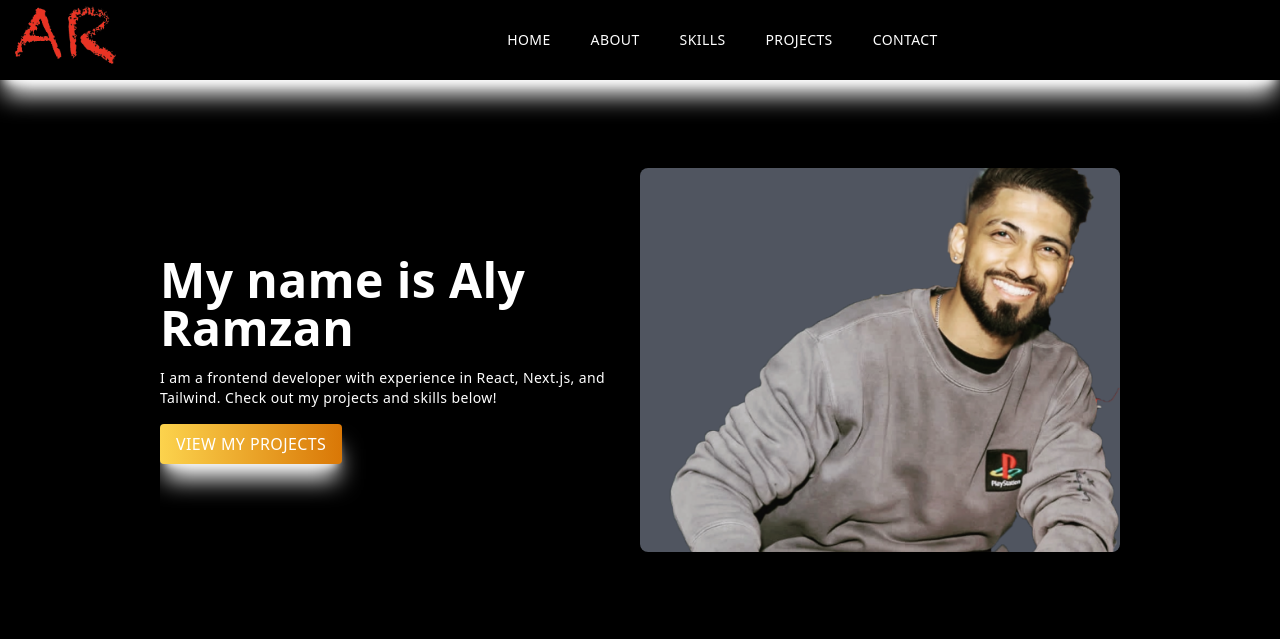
Repository: Sheraliramzan/alyportfolio
Page: /
The author's editor kept a copy of each file at every save. The page is drawn from the files as they stood at one save, then again after a run of saves.
The browser window is 1280 px wide. The pictures show the whole page.
The project was rebuilt for these pictures with package versions that can differ from the ones it lists, and the page was loaded fresh each time. The framework's server and built-in components were replaced by stand-ins that run in the browser. Also part of the build but not shown: next.config.js.

Above is the page before, as saved 2023-03-05 20:06:21.

### pages/index.js
import Head from 'next/head'
import react from 'react'
import Image from 'next/image'
import Navbar from '@/components/Navbar'
import Hero from '@/components/Home'


export default function Home() {
  return (
    <>
      <Head>
        <title>Aly | Front-end Developer</title>
        <meta name="description" content="Generated by create next app" />
        <meta name="viewport" content="width=device-width, initial-scale=1" />
        <link rel="icon" href="/assets/logo.png" />
      </Head>
      <Navbar/>
      <Hero/>
    </>
  )
}

### styles/globals.css
@tailwind base;
@tailwind components;
@tailwind utilities;

@layer base{
  body {
    @apply bg-black text-gray-800 tracking-wide
  }
  h1,h2,h3,h4,h5,h6 {
    @apply font-bold text-gray-800
  }
  h1{
    @apply text-4xl sm:text-5xl md:text-6xl
  }
  h2{
    @apply text-3xl sm:text-4xl
  }
  li{
    @apply cursor-pointer
  }
  button{
    @apply shadow-xl shadow-white rounded-xl uppercase bg-gradient-to-r from-amber-300 to-amber-600
  }
}

### components/Navbar.jsx
import Image from "next/image";
import Link from "next/link";
import React, {useState} from "react";
import {AiOutlineClose, AiOutlineMail, AiOutlineMenu} from "react-icons/ai";
import {FaLinkedinIn, FaInstagram, FaGithub} from "react-icons/fa";

export default function Navbar () {

    const [show, setShow] = useState(false);

    const handleShow = () => {
        setShow(!show);
    }
    return(
        <div className="fixed w-full h-20 bg-black shadow-xl shadow-white z-[100]">
            <div className="flex justify-between items-center w-full h-full px-2 2xl:px-16">
                <Image
                    src="/../public/assets/logo.png"
                    alt="/"
                    width={125}
                    height={50}
                />
                <div>
                    <ul className=" hidden md:flex ">
                        <Link href="/">
                            <li className="ml-10 text-sm uppercase hover:border-b hover:text-red-600 text-white">Home</li>
                        </Link>
                        <Link href="/">
                            <li className="ml-10 text-sm uppercase hover:border-b hover:text-red-600 text-white">About</li>
                        </Link>
                        <Link href="/">
                            <li className="ml-10 text-sm uppercase hover:border-b hover:text-red-600 text-white">Skills</li>
                        </Link>
                        <Link href="/">
                            <li className="ml-10 text-sm uppercase hover:border-b hover:text-red-600 text-white">Projects</li>
                        </Link>
                        <Link href="/">
                            <li className="ml-10 text-sm uppercase hover:border-b hover:text-red-600 text-white">Contact</li>
                        </Link>

                    </ul>
                     <div onClick={handleShow} className="md:hidden">
                         <AiOutlineMenu size={25}/>
                    </div>
                </div>
                <div className={show ? "md:hidden fixed left-0 top-0 w-full h-screen bg-black/60" : ""}>
                    <div className={show ?
                    "fixed left-0 top-0 w-[75%] sm:w-[60%] md:w-[45%] h-screen bg-gray-500 p-10 ease-in duration-500" :
                    "fixed left-[-100%] top-0 p-10 ease-in duration-500"}>
                        <div>
                            <div className="flex w-full items-center justify-between">
                                <Image
                                src="/../public/assets/logo.png"
                                alt="/"
                                width={87}
                                height={35}
                                />
                                <div onClick={handleShow} className="bg-gray-500 rounded-full shadow-lg shadow-black p-3 cursor-pointer">
                                    <AiOutlineClose size={25}/>
                                </div>
                            </div>
                            <div className="border-b border-black my-4">
                                <p className="w-[85%] md:w-[90%] py-4 font-bold">Let's code something outstanding</p>
                            </div>
                        </div>
                        <div className="py-4 flex flex-col">
                            <ul className="uppercase">
                                <Link href="/">
                                    <li className="py-4 text-sm font-bold">Home</li>
                                </Link>
                                <Link href="/">
                                    <li className="py-4 text-sm font-bold ">About</li>
                                </Link>
                                <Link href="/">
                                    <li className="py-4 text-sm font-bold">Skills</li>
                                </Link>
                                <Link href="/">
                                    <li className="py-4 text-sm font-bold">Projects</li>
                                </Link>
                                <Link href="/">
                                    <li className="py-4 text-sm font-bold">Contact</li>
                                </Link>
                            </ul>
                            <div className="pt-40">
                                <p className="uppercase tracking-widest text-red-600">Connect with me</p>
                                <div className="flex items-center justify-between my-4 w-full sm:w-[80%]">
                                    <div className="rounded-full shadow-lg shadow-black p-3 cursor-pointer hover:scale-105 ease-in duration-300">
                                        <FaLinkedinIn />
                                    </div>
                                    <div className="rounded-full shadow-lg shadow-black p-3 cursor-pointer hover:scale-105 ease-in duration-300">
                                        <FaGithub />
                                    </div>
                                    <div className="rounded-full shadow-lg shadow-black p-3 cursor-pointer hover:scale-105 ease-in duration-300">
                                        <FaInstagram />
                                    </div>
                                    <div className="rounded-full shadow-lg shadow-black p-3 cursor-pointer hover:scale-105 ease-in duration-300">
                                        <AiOutlineMail />
                                    </div>
                                </div>
                            </div>
                        </div>
                    </div>
                </div>
            </div>
        </div>
    )
}

### components/Home.jsx
import React from "react";
import Head from "next/head";
import Image from "next/image";
import Link from "next/link";

export default function Hero () {
  return (
    <div className="min-h-screen flex flex-col justify-center items-center">
      <Head>
        <title>My Portfolio | Hero Page</title>
      </Head>
      <div className="max-w-screen-lg w-full px-4 sm:px-6 lg:px-8">
        <div className="relative flex flex-col md:flex-row items-center justify-center md:justify-between py-8 md:py-12 rounded-lg shadow-lg overflow-hidden">
          <div className="md:w-1/2">
            <h1 className="text-3xl md:text-5xl font-bold leading-tight text-white mb-2">
              My name is Aly Ramzan
            </h1>
            <p className="text-white text-xl md:text-sm my-4">
              I am a frontend developer with experience in React, Next.js, and Tailwind. Check out my projects and skills below!
            </p>
            <div className="mt-4">
              <Link href="/projects">
                <button className="text-white bg-blue-600 hover:bg-blue-700 font-medium py-2 px-4 rounded">
                  View my projects
                </button>
              </Link>
            </div>
          </div>
          <div className="md:w-1/2 mt-8 md:mt-0">
            <div className="relative h-72 sm:h-80 md:h-96">
              <div className="absolute inset-0 h-full w-full bg-gray-500 opacity-75 rounded-lg shadow-lg"></div>
              <Image
                src="/../public/assets/Me.png"
                alt="Hero Image"
                layout="fill"
                objectFit="cover"
                className="rounded-lg shadow-lg"
              />
            </div>
          </div>
        </div>
      </div>
    </div>
  );
};

Loaded but not shown: pages/_app.js (common file); pages/_document.js (common file); tailwind.config.js (common file)

After the next 10 saves:
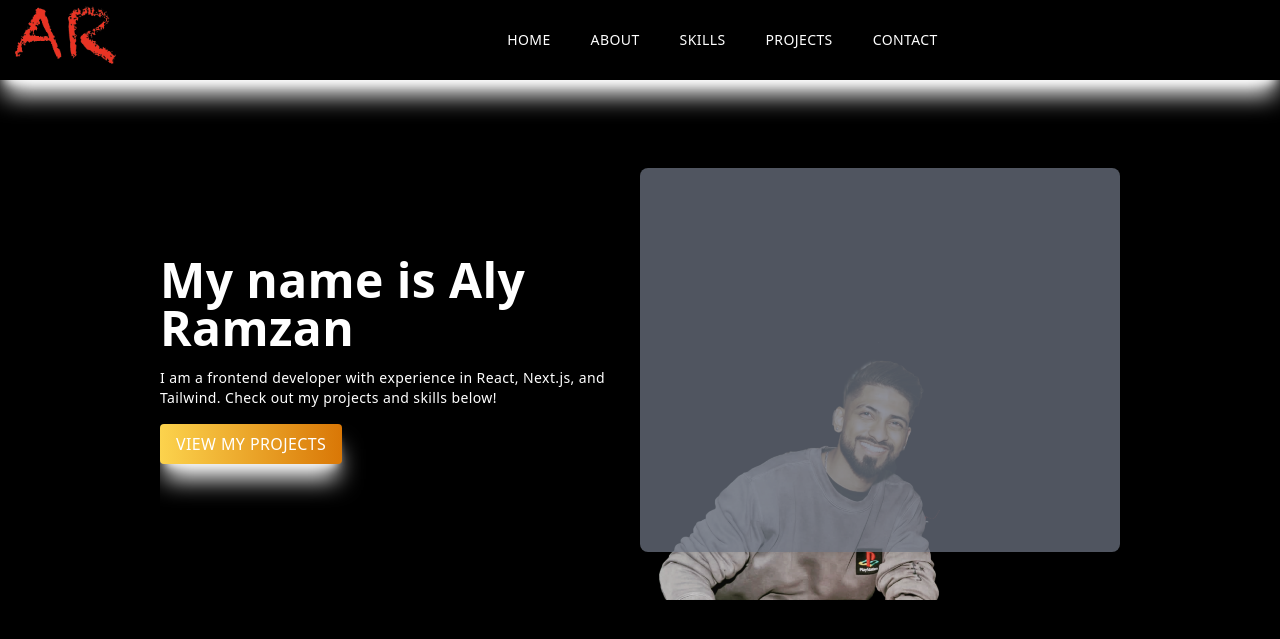
The 10 saves are shown as one change because 1 did not build or start and some came seconds apart.
The last was saved 29 s later.
--- a/components/Home.jsx
+++ b/components/Home.jsx
@@ -32,8 +32,8 @@
               <Image
                 src="/../public/assets/Me.png"
                 alt="Hero Image"
-                layout="fill"
-                objectFit="cover"
+                width={300}
+                height={300}
                 className="rounded-lg shadow-lg"
               />
             </div>
